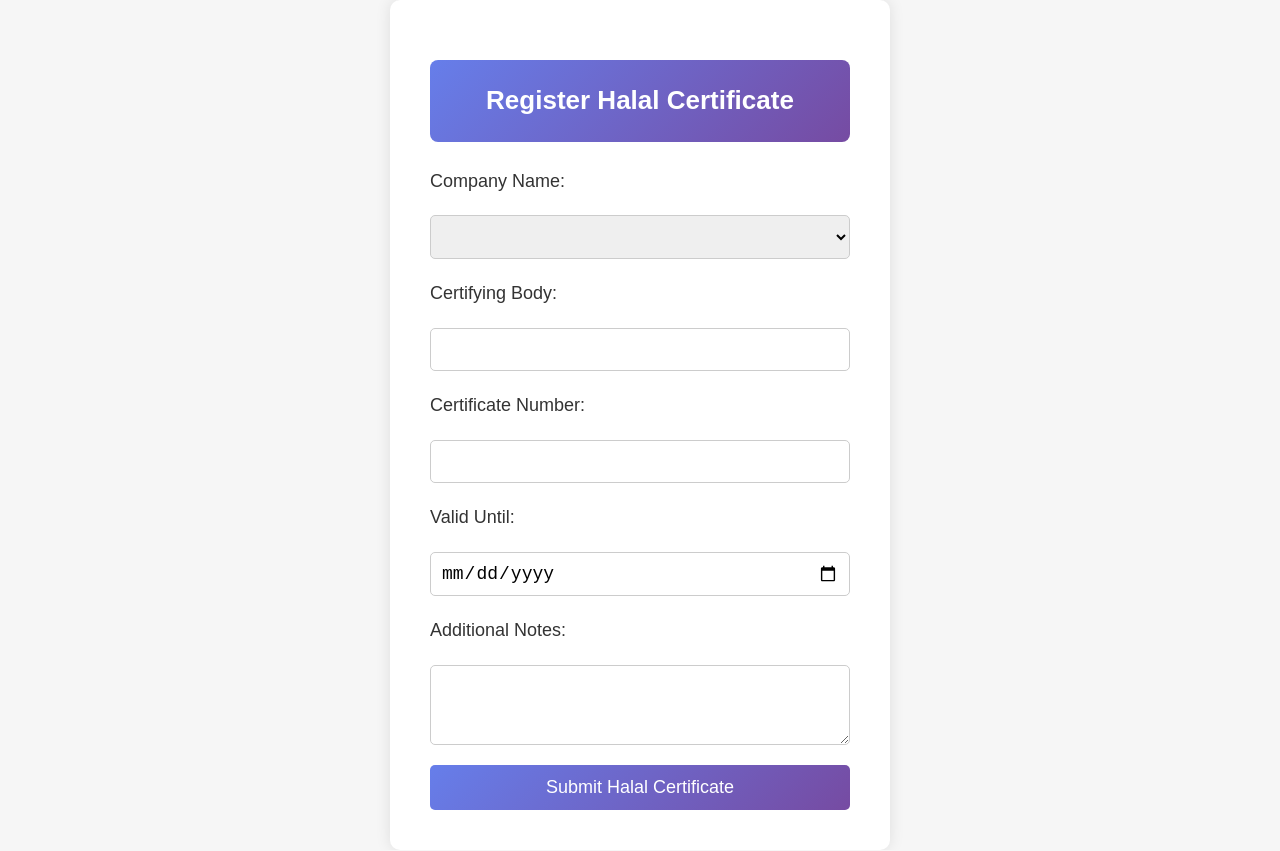
Repository: HarrishPanicker1/Blockchain_Group_AI_Assignment
Page: frontend/adding_halal_certification.html
An editor plug-in stored every save of this project. The page is shown before and after a run of saves, followed by the edit.
The browser window is 1280 px wide. The pictures show the whole page.

Above is the page before, as saved 2025-06-15 23:11:40.

### frontend/adding_halal_certification.html
<!DOCTYPE html>
<html lang="en">
<head>
  <meta charset="UTF-8" />
  <meta name="viewport" content="width=device-width, initial-scale=1.0"/>
  <title>Register Halal Certificate</title>
  <link rel="stylesheet" href="styles.css" />
  <link rel="stylesheet" href="halal_cert.css">

</head>
<body>
  <div class="form-container">
    <h2>Register Halal Certificate</h2>

    <form id="halalForm">
      <label for="company">Company Name:</label>
      <select id="company" name="company" required></select>

      <label for="certBody">Certifying Body:</label>
      <input type="text" id="certBody" required />

      <label for="certID">Certificate Number:</label>
      <input type="text" id="certID" required />

      <label for="validUntil">Valid Until:</label>
      <input type="date" id="validUntil" required />

      <label for="notes">Additional Notes:</label>
      <textarea id="notes"></textarea>

      <button type="submit">Submit Halal Certificate</button>
    </form>
  </div>

  <script src="halal_cert.js"></script>
</body>
</html>

### styles.css
* {
    margin: 0;
    padding: 0;
    box-sizing: border-box;
}

body {
    font-family: 'Segoe UI', Tahoma, Geneva, Verdana, sans-serif;
    line-height: 1.6;
    color: #333;
    background-color: #f4f4f4;
}

h1, h2, h3 {
    margin-bottom: 1rem;
    color: #2c3e50;
}

h2 {
    padding: 20px 0;
    text-align: center;
    background: linear-gradient(135deg, #667eea 0%, #764ba2 100%);
    color: white;
    margin: 20px 0;
    border-radius: 8px;
}

button {
    background: linear-gradient(135deg, #667eea 0%, #764ba2 100%);
    color: white;
    border: none;
    padding: 12px 24px;
    border-radius: 6px;
    cursor: pointer;
    font-size: 16px;
    transition: transform 0.2s, box-shadow 0.2s;
}

button:hover {
    transform: translateY(-2px);
    box-shadow: 0 4px 8px rgba(0,0,0,0.2);
}

a {
    text-decoration: none;
}

#pdfListContainer {
    background: white;
    margin: 20px;
    padding: 20px;
    border-radius: 8px;
    box-shadow: 0 2px 4px rgba(0,0,0,0.1);
}

#pdfList {
    list-style: none;
}

#pdfList li {
    background: #f8f9fa;
    margin: 10px 0;
    padding: 15px;
    border-radius: 6px;
    border-left: 4px solid #667eea;
}

#pdfList a {
    color: #667eea;
    font-weight: bold;
}

#pdfList a:hover {
    color: #764ba2;
    text-decoration: underline;
}

### frontend/halal_cert.css
body {
  margin: 0;
  padding: 0;
  font-family: Arial, sans-serif;
  background-color: #f6f6f6;
  display: flex;
  align-items: center;
  justify-content: center;
  min-height: 100vh;
}

.form-container {
  background: white;
  padding: 40px;
  border-radius: 10px;
  box-shadow: 0 0 15px rgba(0, 0, 0, 0.1);
  width: 500px;
  font-size: 18px;
}

h2 {
  text-align: center;
  margin-bottom: 25px;
  font-size: 26px;
}

form {
  display: flex;
  flex-direction: column;
  gap: 20px;
}

input, select, textarea {
  padding: 10px;
  font-size: 18px;
  border: 1px solid #ccc;
  border-radius: 5px;
  width: 100%;
}

textarea {
  height: 80px;
  resize: vertical;
}

button {
  background-color: #007bff;
  color: white;
  padding: 12px;
  font-size: 18px;
  border: none;
  border-radius: 5px;
  cursor: pointer;
}

button:hover {
  background-color: #0056b3;
}

### frontend/halal_cert.js
// Simulated localStorage company list for now
let companies = JSON.parse(localStorage.getItem("companies")) || [];

// Populate company dropdown
const companyDropdown = document.getElementById("company");
companies.forEach(c => {
  const option = document.createElement("option");
  option.value = c.name;
  option.textContent = c.name;
  companyDropdown.appendChild(option);
});

// Handle submission
document.getElementById("halalForm").addEventListener("submit", function (e) {
  e.preventDefault();

  const cert = {
    company: document.getElementById("company").value,
    certBody: document.getElementById("certBody").value,
    certID: document.getElementById("certID").value,
    validUntil: document.getElementById("validUntil").value,
    notes: document.getElementById("notes").value
  };

  // Save to localStorage or backend
  let halalCerts = JSON.parse(localStorage.getItem("halalCerts")) || [];
  halalCerts.push(cert);
  localStorage.setItem("halalCerts", JSON.stringify(halalCerts));

  alert("Halal certificate registered successfully!");
  window.location.href = "index.html";
});

After the next 2 saves:
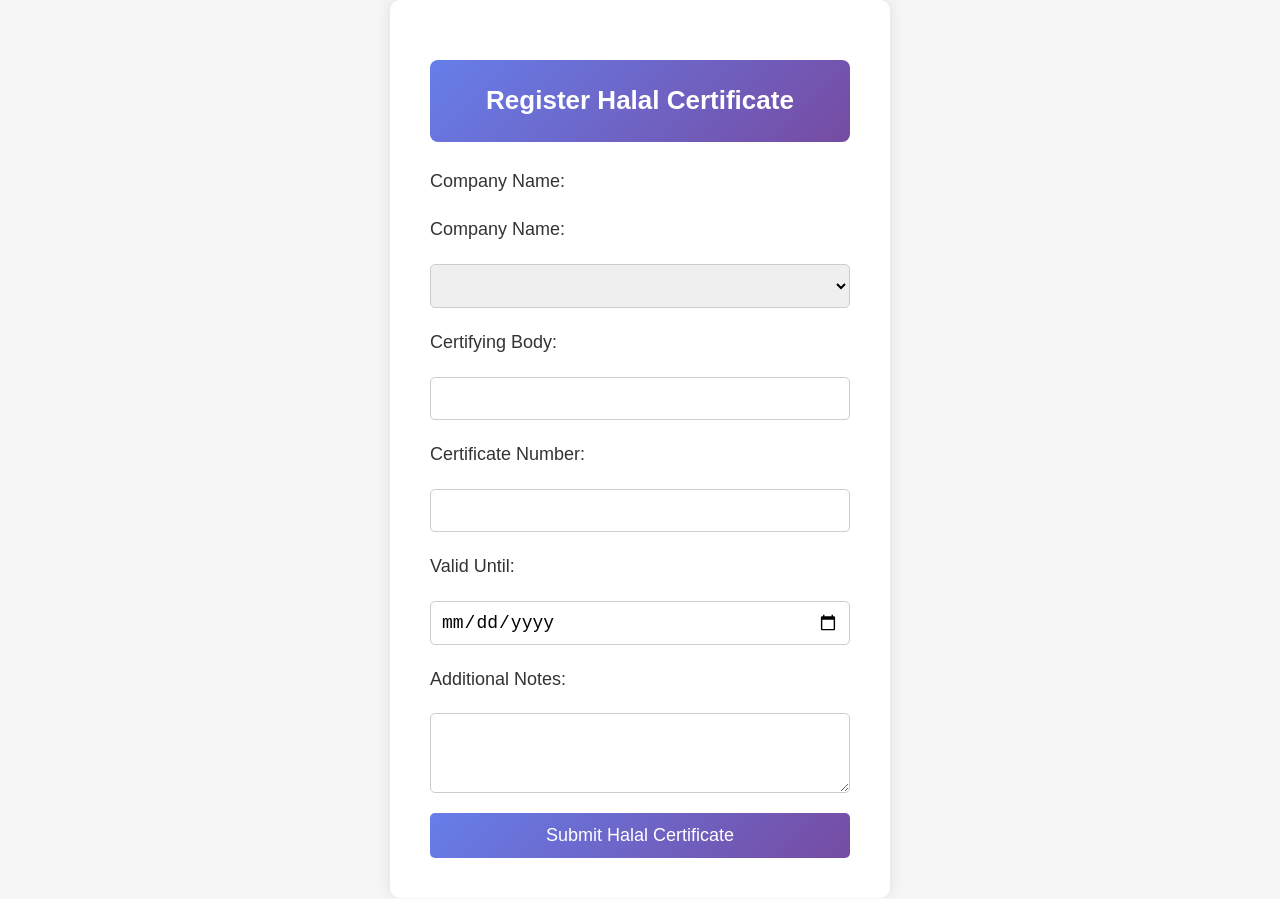
The 2 saves are shown as one change because they came seconds apart.
The last was saved 112 s later.
--- a/frontend/adding_halal_certification.html
+++ b/frontend/adding_halal_certification.html
@@ -14,7 +14,9 @@
 
     <form id="halalForm">
       <label for="company">Company Name:</label>
-      <select id="company" name="company" required></select>
+      <label for="company">Company Name:</label>
+<select id="company" name="company" required></select>
+
 
       <label for="certBody">Certifying Body:</label>
       <input type="text" id="certBody" required />

After the save that followed:
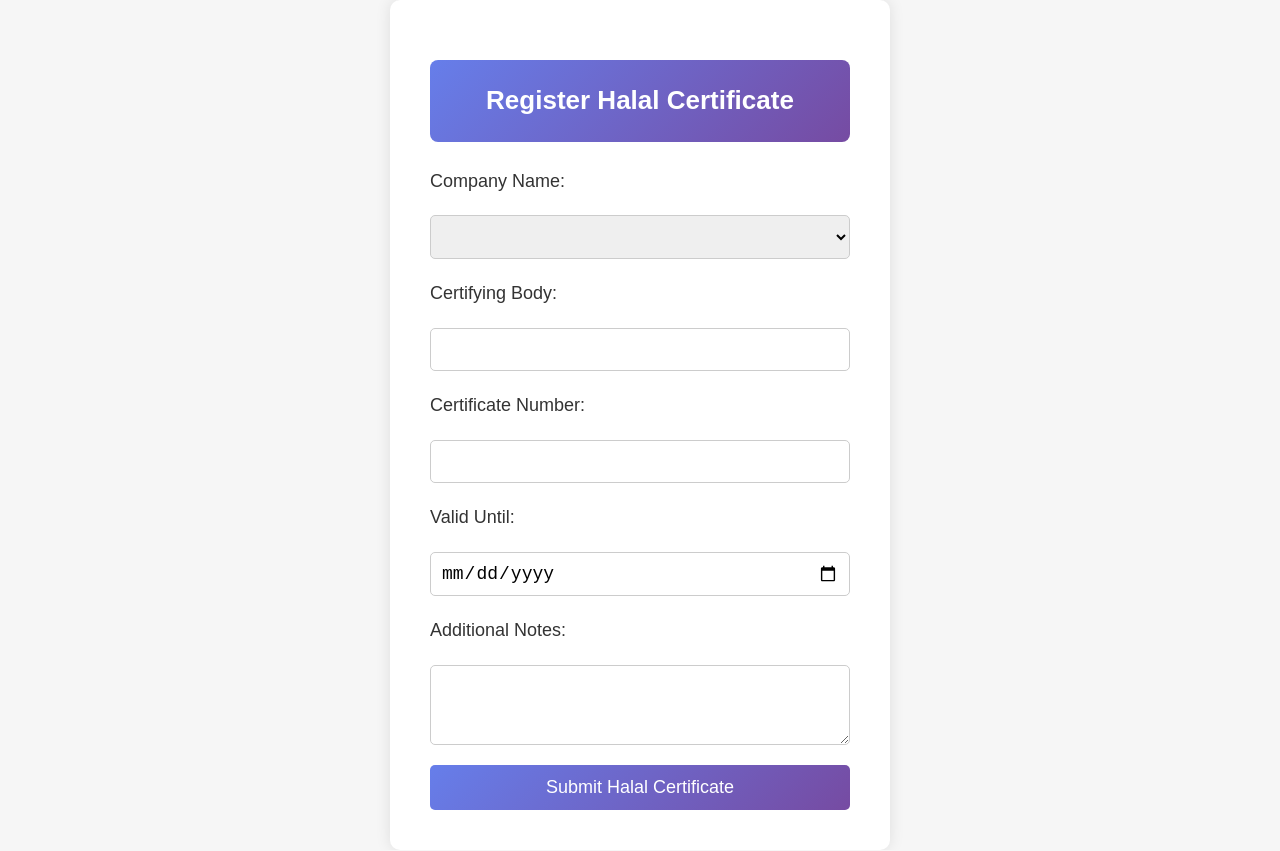
Saved 5 s later.
--- a/frontend/adding_halal_certification.html
+++ b/frontend/adding_halal_certification.html
@@ -14,7 +14,7 @@
 
     <form id="halalForm">
       <label for="company">Company Name:</label>
-      <label for="company">Company Name:</label>
+
 <select id="company" name="company" required></select>
 
 
